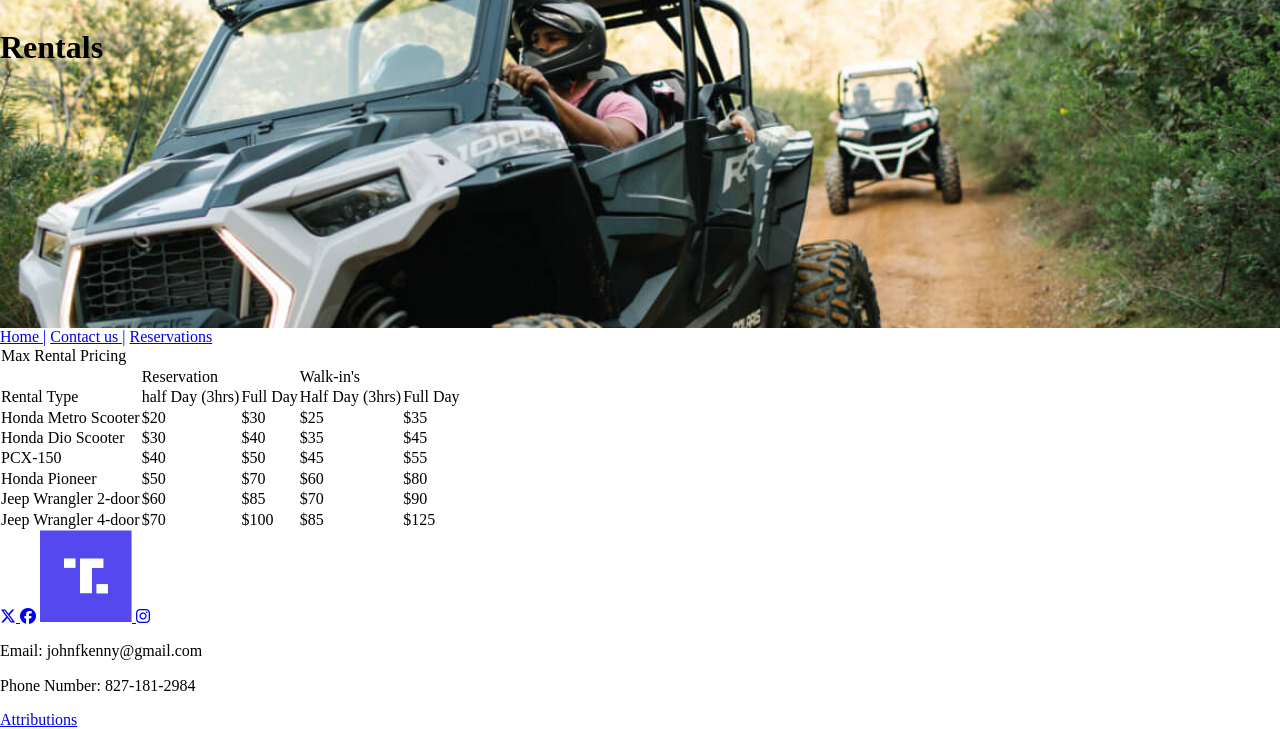
Repository: nak97/WDD230
Page: scoots/rentals-page/rentals-page.html
These files come from the project's save history. The page is drawn as it stood at one moment and after the next save; the edit follows.
The browser window is 1280 px wide. The pictures show the whole page.
Some web libraries are served in a nearby version.

Above is the page before, as saved 2023-12-11 13:51:57.

After the next save:
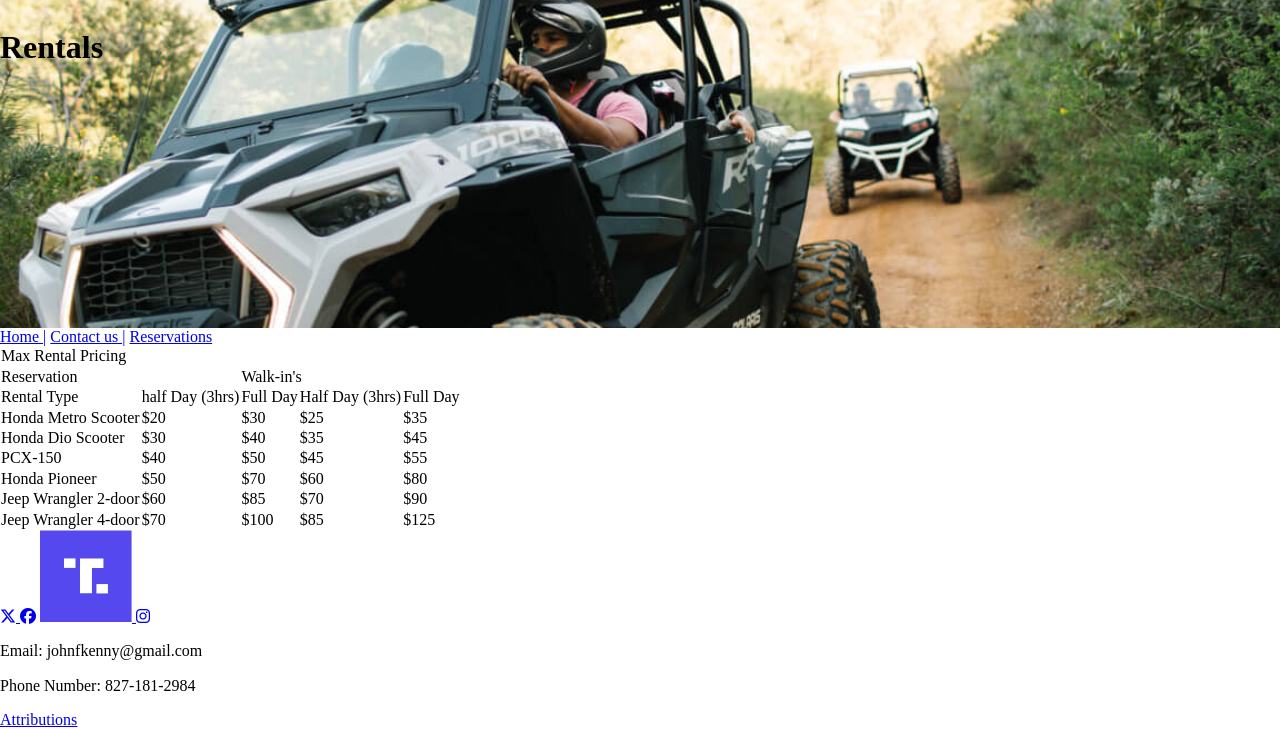
Saved 3 min 48 s later.
--- a/scoots/rentals-page/rentals-page.html
+++ b/scoots/rentals-page/rentals-page.html
@@ -28,14 +28,14 @@
 
   <main>
     <table class="content-table">
-      <tbody>
-        <tr> <td>  Max Rental Pricing</td></tr>
+      <thead>
         <tr>
-          <td></td>
+          <td>  Max Rental Pricing</td></tr>
           <td colspan="2"> Reservation</td>
           <td colspan="2">Walk-in's</td>
       </tr>
-
+      </thead>
+      <tbody>
         <tr>
           <td>Rental Type</td>
           <td>half Day (3hrs)</td>

After the save that followed:
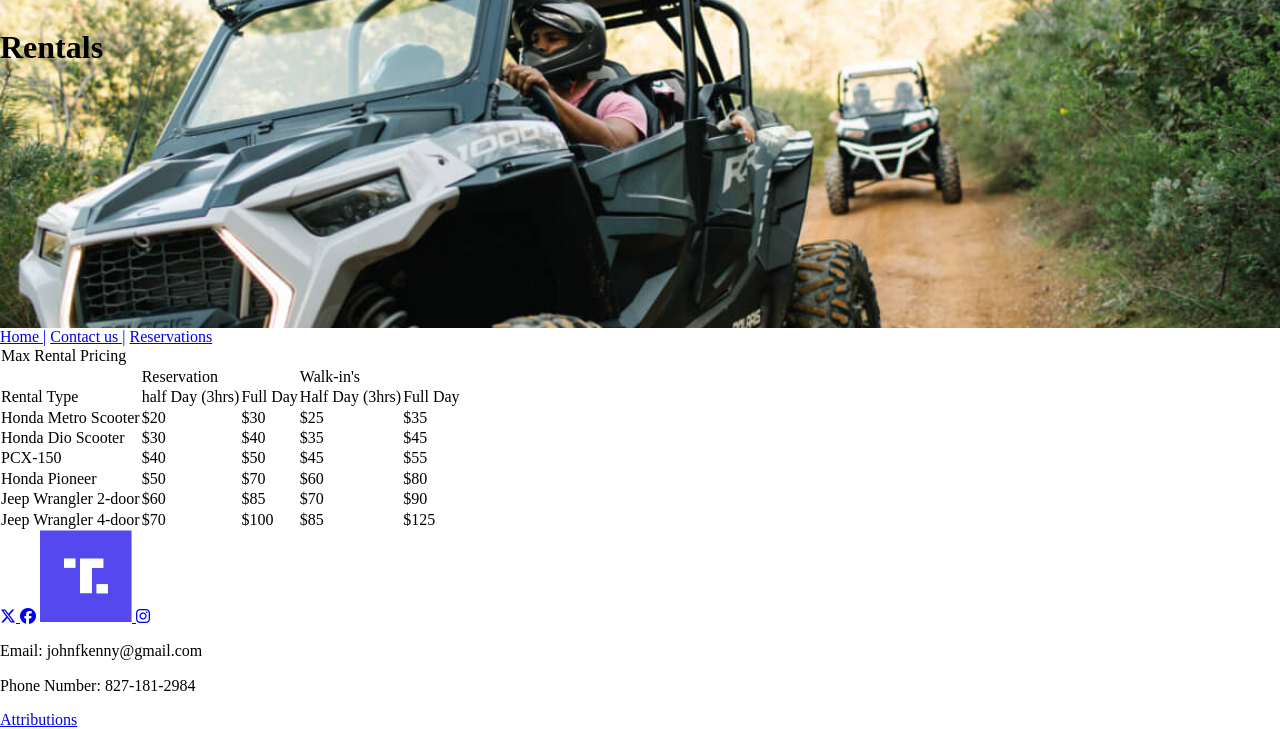
Saved 41 s later.
--- a/scoots/rentals-page/rentals-page.html
+++ b/scoots/rentals-page/rentals-page.html
@@ -31,6 +31,7 @@
       <thead>
         <tr>
           <td>  Max Rental Pricing</td></tr>
+          <td></td>
           <td colspan="2"> Reservation</td>
           <td colspan="2">Walk-in's</td>
       </tr>
